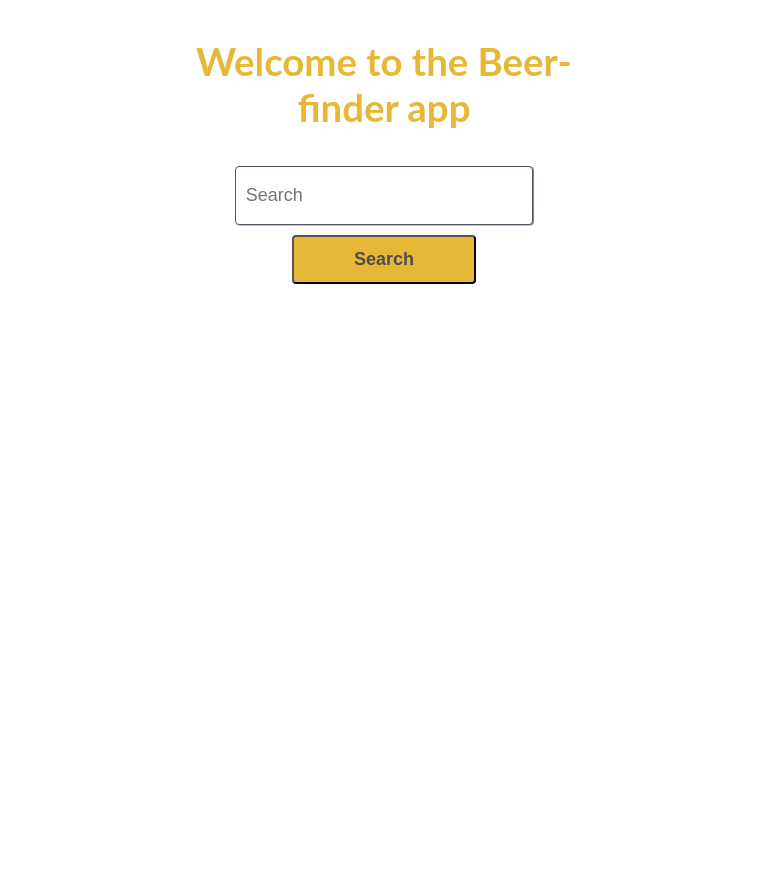
Repository: marcinszymaszek/beer-finder
Page: /
The author's editor kept a copy of each file at every save. The page is drawn from the files as they stood at one save, then again after the next save.
The browser window is 768 px wide. The pictures show the whole page.
The project was rebuilt for these pictures with package versions that can differ from the ones it lists, and the page was loaded fresh each time.

Above is the page before, as saved 2020-05-10 20:52:00.

### public/index.html
<!DOCTYPE html>
<html lang="en">
  <head>
    <meta charset="utf-8" />
    <link rel="icon" href="%PUBLIC_URL%/favicon.ico" />
    <meta name="viewport" content="width=device-width, initial-scale=1" />
    <meta name="theme-color" content="#000000" />
    <meta
      name="description"
      content="Web site created using create-react-app"
    />
    <link rel="apple-touch-icon" href="%PUBLIC_URL%/logo192.png" />
    <!--
      manifest.json provides metadata used when your web app is installed on a
      user's mobile device or desktop. See https://developers.google.com/web/fundamentals/web-app-manifest/
    -->
    <link rel="manifest" href="%PUBLIC_URL%/manifest.json" />
    <!--
      Notice the use of %PUBLIC_URL% in the tags above.
      It will be replaced with the URL of the `public` folder during the build.
      Only files inside the `public` folder can be referenced from the HTML.

      Unlike "/favicon.ico" or "favicon.ico", "%PUBLIC_URL%/favicon.ico" will
      work correctly both with client-side routing and a non-root public URL.
      Learn how to configure a non-root public URL by running `npm run build`.
    -->
    <title>Beer-finder App</title>
  </head>
  <body>
    <noscript>You need to enable JavaScript to run this app.</noscript>
    <div id="root"></div>
    <!--
      This HTML file is a template.
      If you open it directly in the browser, you will see an empty page.

      You can add webfonts, meta tags, or analytics to this file.
      The build step will place the bundled scripts into the <body> tag.

      To begin the development, run `npm start` or `yarn start`.
      To create a production bundle, use `npm run build` or `yarn build`.
    -->
  </body>
</html>

### src/index.js
import React from 'react';
import ReactDOM from 'react-dom';
import './index.css';
import App from './components/main/App';
import * as serviceWorker from './serviceWorker';

ReactDOM.render(
  <React.StrictMode>
    <App />
  </React.StrictMode>,
  document.getElementById('root')
);

// If you want your app to work offline and load faster, you can change
// unregister() to register() below. Note this comes with some pitfalls.
// Learn more about service workers: https://bit.ly/CRA-PWA
serviceWorker.unregister();

### src/components/main/App.js
import React, { useState, useEffect } from 'react';
import './App.css';
import Search from '../search/Search'


const App = () => {

  return (
    <div className="main-container">
      <h1 className="app-title">Welcome to the Beer-finder app</h1>
      <Search />


    </div>
  );
}

export default App;

### src/components/main/App.css
.main-container {
  font-family: Lato, sans-serif;
  font-size: 1.5em;
  height: 100vh;
  line-height: 20px;
  font-size: 1.3rem;
  text-align: center;
  margin: 5% 20%;
  color: #e7b835;
}

.app-title{
  line-height: normal;
}

@media (max-width: 790px)  {
  .main-container  {
    font-size: 1.2em;
  }
}

@media (max-width: 580px)  {
  .main-container  {
    height: auto;
    margin-bottom: 20%;
    margin-left: 15%;
    margin-right: 15%;
  }
}

### src/components/search/Search.js
import React, { useState, useEffect } from 'react';
import './Search.css';


const Search = () => {

    return (
        <div className="inline-container">
            <div className="input-container">
                <input name="text" type="text" placeholder="Search" />
            </div>
            <button>Search</button>
        </div>
    )
}

export default Search;

### src/components/search/Search.css
.inline-container {
    display: flex;
    flex-flow: wrap;
    align-content: center;
    align-items: stretch;
    justify-content: space-around;
}

input {
    width: 60%;
    margin: 10px;
    padding: 18px 10px;
    border-radius: 4px;
    border: 1px solid #4e5766;
    box-shadow: 1px 0.5px #888888;
    font-size: 18px;
}

.input-container{
    width: 100%;
}

    button {
        padding: 12px 10px;
        width: 20%;
        border-radius: 4px;
        background-color: #e7b835;
        color: #4d4d4d;
        cursor: pointer;
        font-size: 18px;
        font-weight: 700;
    }


@media (max-width: 790px)  {

    button {
        width: 40%;
    }

    .inline-container {
        justify-content: space-evenly;
    }
}

@media (max-width: 580px)  {
    input {
        width: 100%;
        margin: 20px 0px;
        padding: 18px 10px;
    }

    button {
        width: 100%;
    }
  }

Loaded but not shown: src/index.css (common file); src/serviceWorker.js (common file)

After the next save:
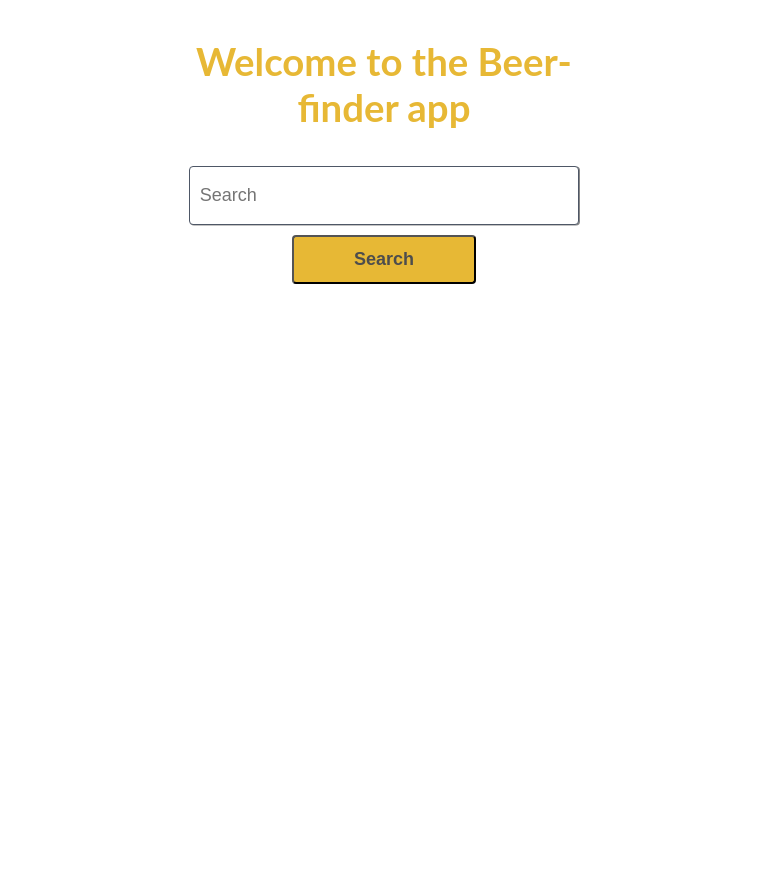
Saved 17 s later.
--- a/src/components/search/Search.css
+++ b/src/components/search/Search.css
@@ -38,6 +38,10 @@ input {
         width: 40%;
     }
 
+    input {
+        width: 80%;
+    }
+
     .inline-container {
         justify-content: space-evenly;
     }
